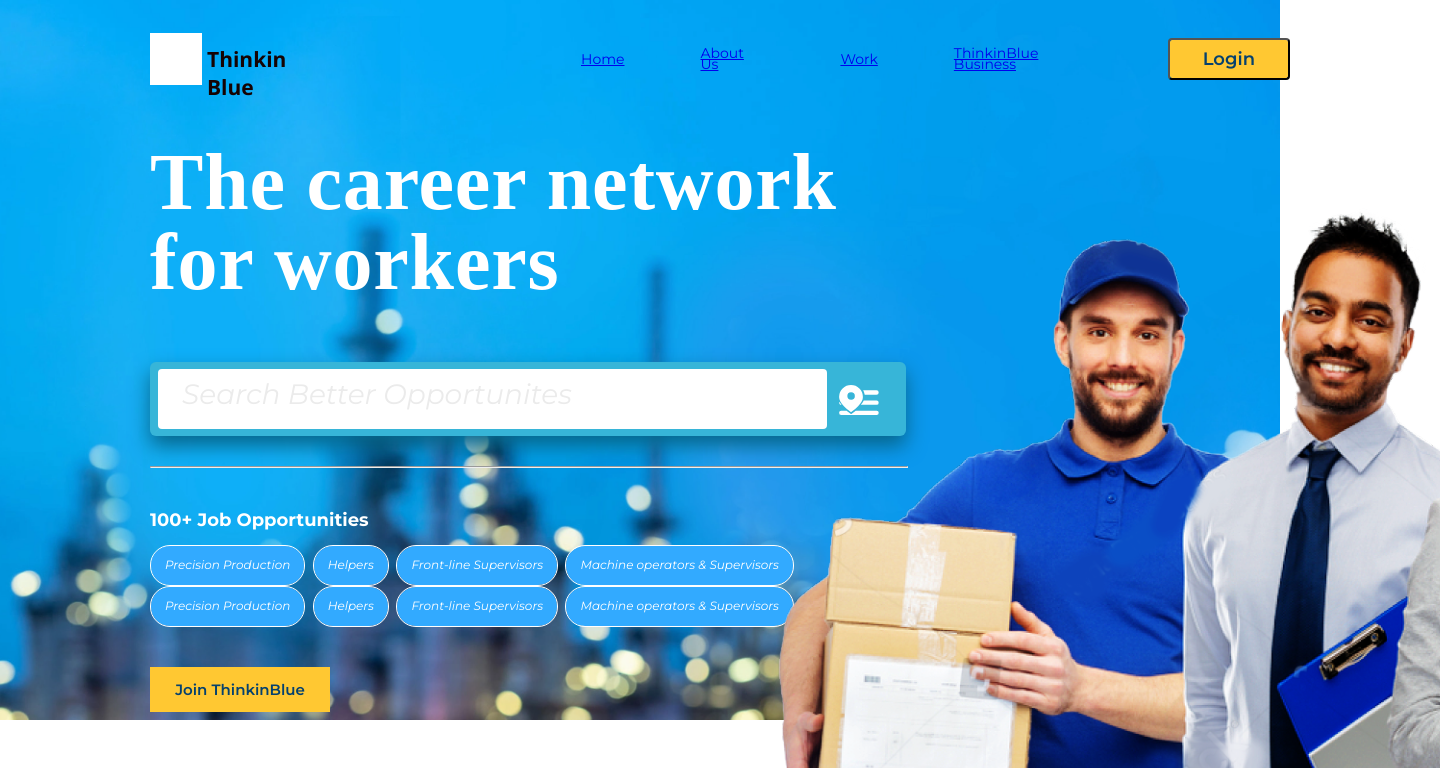
Repository: shekharyadav638/OSL_Assignment_1
Page: index.html
These files come from the project's save history. The page is drawn as it stood at one moment and after the next save; the edit follows.
The browser window is 1280 px wide. The page is 1440 px wide, so the pictures cover 1440 px, including what lies to the right of the window. The pictures show the whole page.
The style sheet was rebuilt from its Sass, Less or Tailwind sources for each picture, by a compiler version that may differ from the author's.

Above is the page before, as saved 2024-07-13 14:49:37.

After the next save:
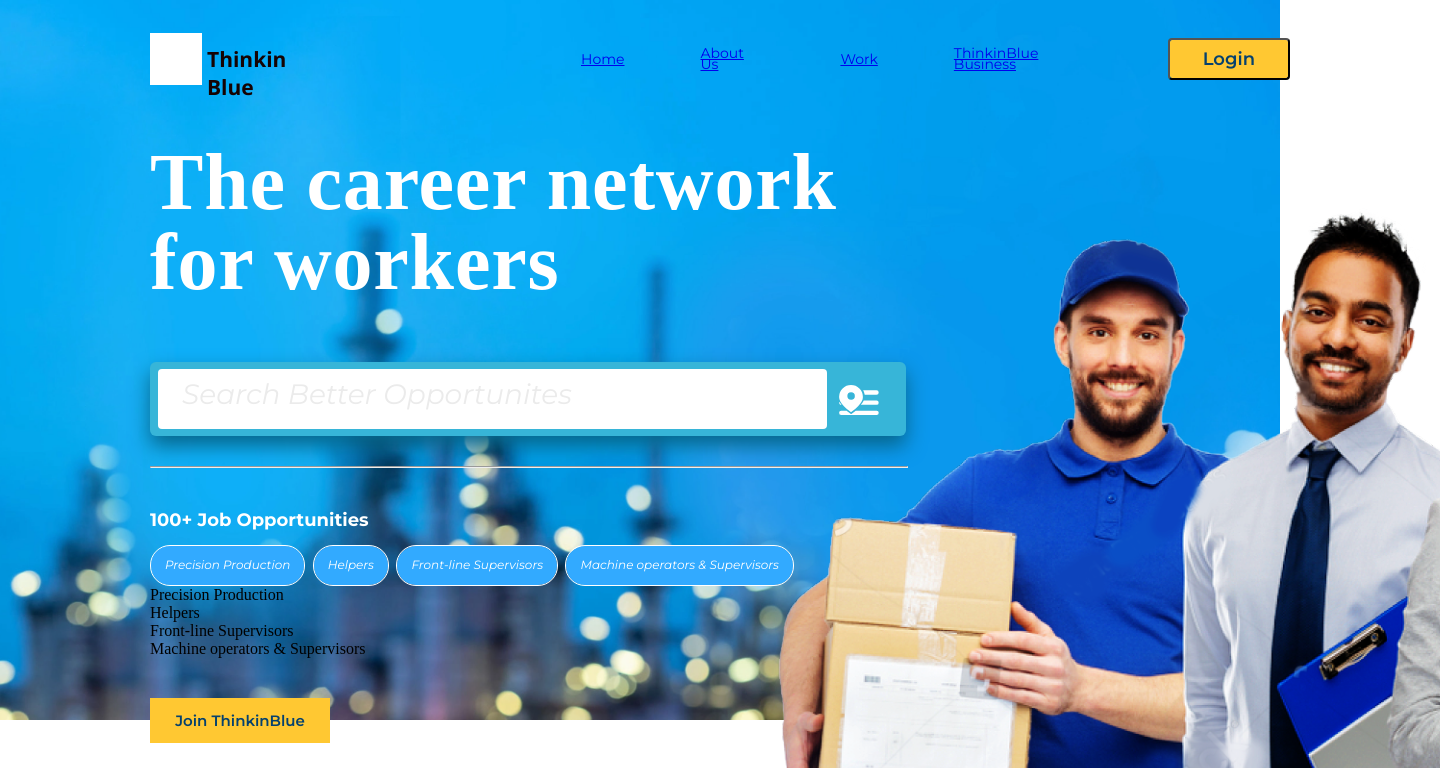
Saved 29 s later.
--- a/index.html
+++ b/index.html
@@ -50,11 +50,11 @@
             <div class="banner_left_categories_list_above_item"> Front-line Supervisors</div>
             <div class="banner_left_categories_list_above_item"> Machine operators & Supervisors</div>
           </div>
-          <div class="banner_left_categories_list_above">
-            <div class="banner_left_categories_list_above_item"> Precision Production</div>
-            <div class="banner_left_categories_list_above_item"> Helpers</div>
-            <div class="banner_left_categories_list_above_item"> Front-line Supervisors</div>
-            <div class="banner_left_categories_list_above_item"> Machine operators & Supervisors</div>
+          <div class="banner_left_categories_list_below">
+            <div class="banner_left_categories_list_below_item"> Precision Production</div>
+            <div class="banner_left_categories_list_below_item"> Helpers</div>
+            <div class="banner_left_categories_list_below_item"> Front-line Supervisors</div>
+            <div class="banner_left_categories_list_below_item"> Machine operators & Supervisors</div>
           </div>
         </div>
         <div >
